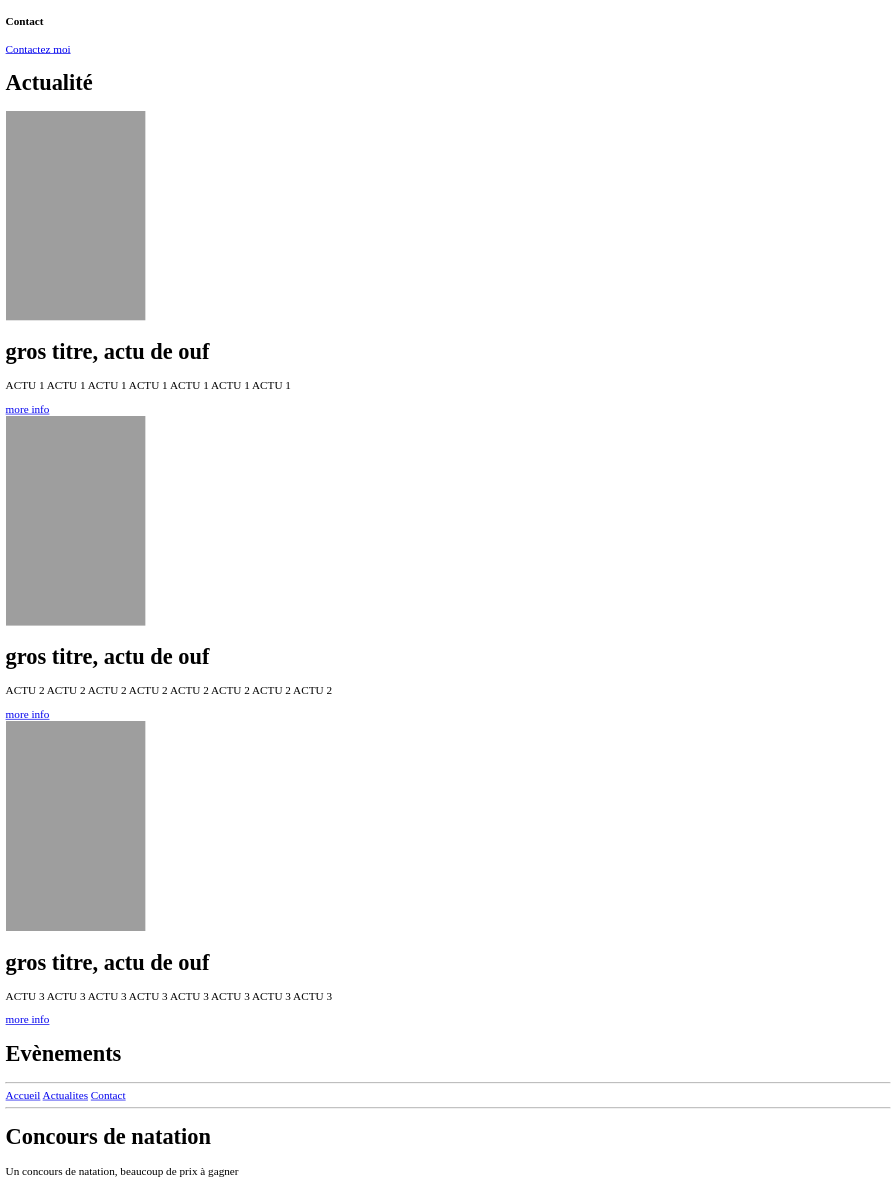
Repository: Mini-T/git-course
Page: index.html
An editor plug-in stored every save of this project. The page is shown before and after the next save, followed by the edit.
The browser window is 1280 px wide. The pictures show the whole page, at 70% of full size.
Pictures or frames that could not be fetched are drawn as grey boxes.

Above is the page before, as saved 2022-09-26 15:55:13.

After the next save:
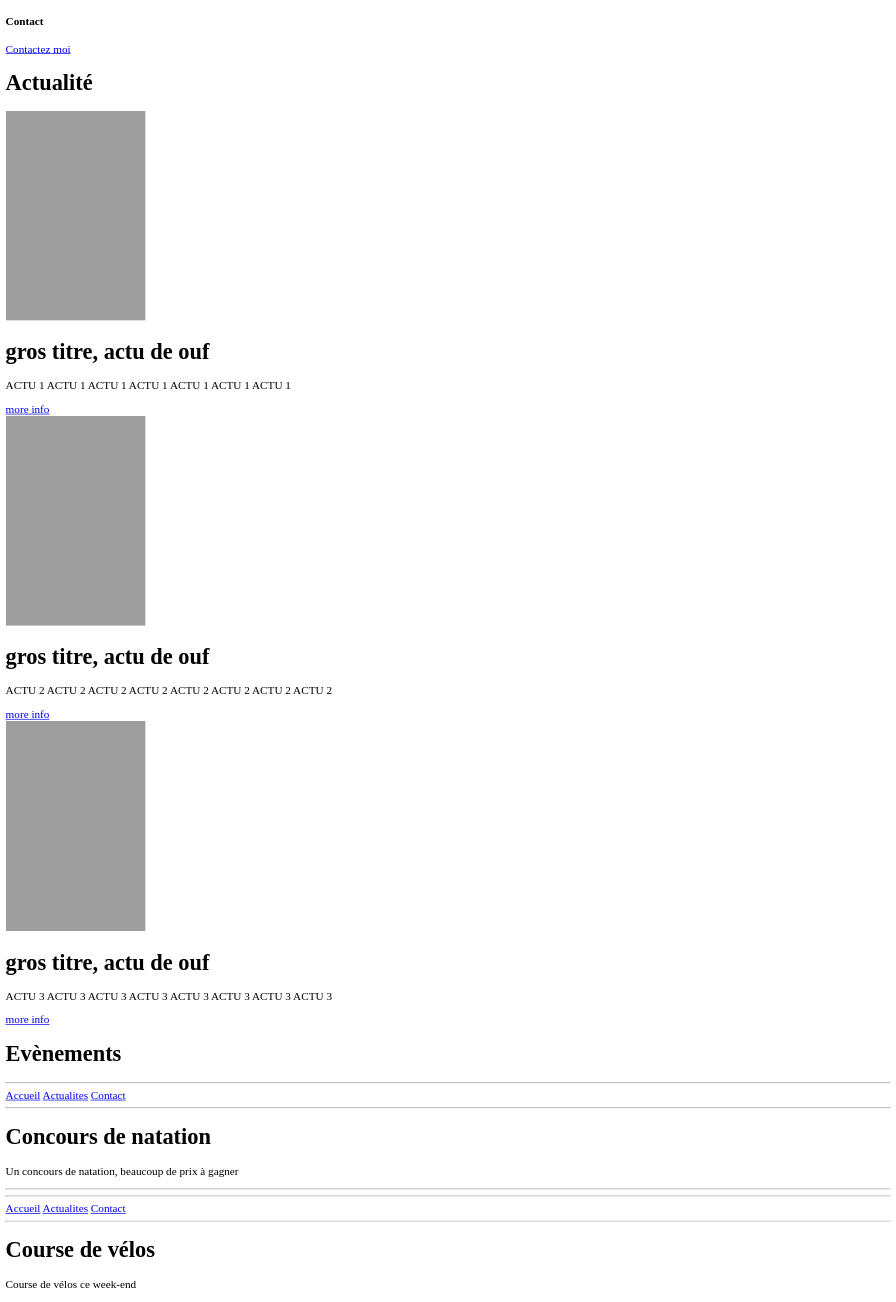
Saved 23 s later.
--- a/index.html
+++ b/index.html
@@ -44,6 +44,16 @@
             </div>
             <h1>Concours de natation</h1>
             <p>Un concours de natation, beaucoup de prix à gagner</p>
+            <hr>
+            <div>
+                <hr>
+                <a href="../index.html">Accueil</a>
+                <a href="../actualites/actualite.html">Actualites</a>
+                <a href="../contact.html">Contact</a>
+                <hr>
+            </div>
+            <h1>Course de vélos</h1>
+            <p>Course de vélos ce week-end</p>
         </div>
     </body>
 </html>
